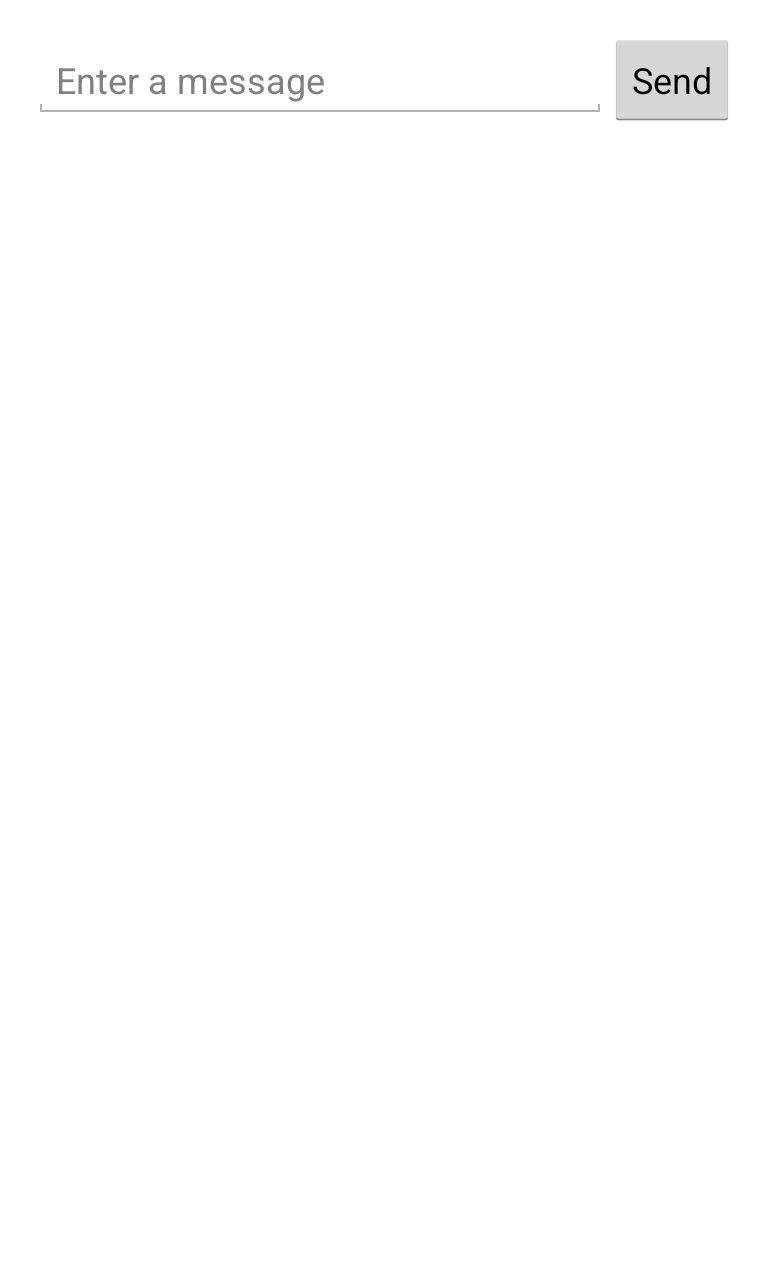
Repository: maoxuxiang/Android
Layout: MyFirstApp/res/layout/activity_main.xml
These files come from the project's save history. The layout is drawn as it stood at one moment and after the next save; the edit follows.
It is drawn on a 768 x 1280 px phone screen (xhdpi) without system bars, with theme AppTheme; the app's code is not run.

Above is the layout before, as saved 2014-03-16 19:14:31.

After the next save:
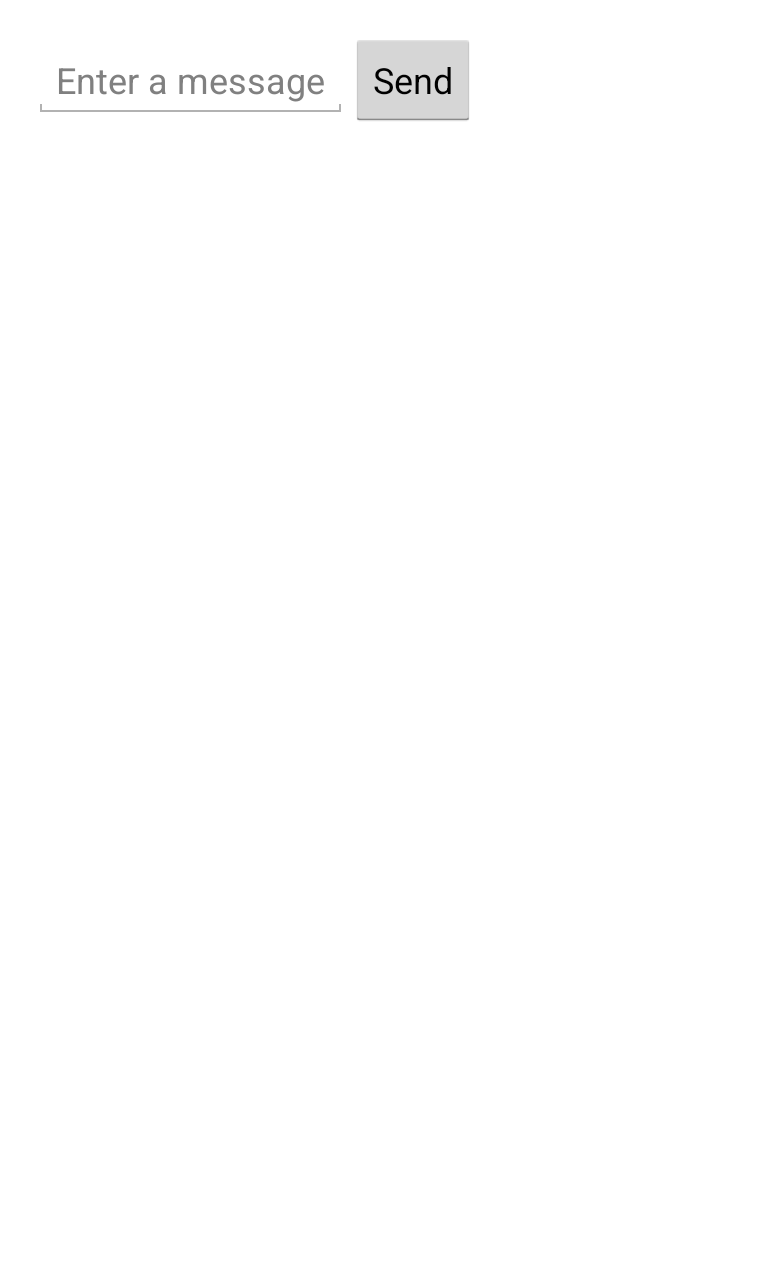
Saved 2 s later.
--- a/MyFirstApp/res/layout/activity_main.xml
+++ b/MyFirstApp/res/layout/activity_main.xml
@@ -11,8 +11,7 @@
     android:orientation="horizontal">
 
     <EditText android:id="@+id/edit_message"
-        android:layout_weight="1"
-        android:layout_width="0dp"
+        android:layout_width="wrap_content"
         android:layout_height="wrap_content"
         android:hint="@string/edit_message" />
 
@@ -22,4 +21,5 @@
         android:text="@string/button_send" />
 
 
+
 </LinearLayout>

After the save that followed:
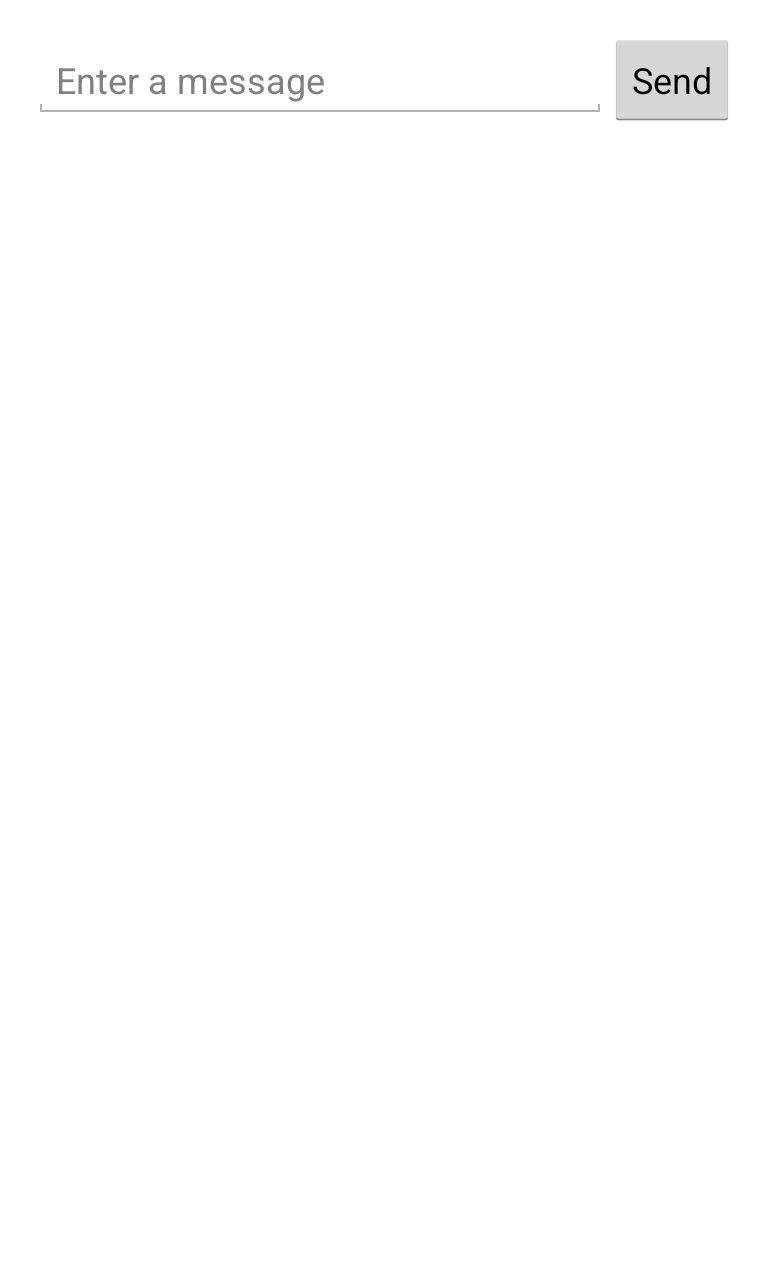
Saved 7 s later.
--- a/MyFirstApp/res/layout/activity_main.xml
+++ b/MyFirstApp/res/layout/activity_main.xml
@@ -11,7 +11,8 @@
     android:orientation="horizontal">
 
     <EditText android:id="@+id/edit_message"
-        android:layout_width="wrap_content"
+        android:layout_weight="1"
+        android:layout_width="0dp"
         android:layout_height="wrap_content"
         android:hint="@string/edit_message" />
 
